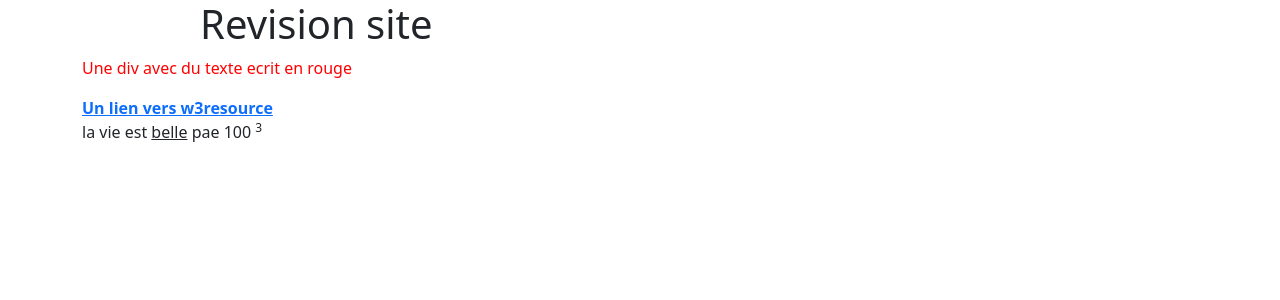
Repository: Elie-Dey/boot-start
Page: index.html
An editor plug-in stored every save of this project. The page is shown before and after the next save, followed by the edit.
The browser window is 1280 px wide. The pictures show the whole page.

Above is the page before, as saved 2021-08-18 23:24:01.

### index.html
<!DOCTYPE html>
<html lang="en">
  <head>
    <meta charset="UTF-8" />
    <meta http-equiv="X-UA-Compatible" content="IE=edge" />
    <meta name="viewport" content="width=device-width, initial-scale=1.0" />
    <link rel="stylesheet" href="style.css" />
    <link
      href="https://cdn.jsdelivr.net/npm/bootstrap@5.1.0/dist/css/bootstrap.min.css"
      rel="stylesheet"
      integrity="sha384-KyZXEAg3QhqLMpG8r+8fhAXLRk2vvoC2f3B09zVXn8CA5QIVfZOJ3BCsw2P0p/We"
      crossorigin="anonymous"
    />
    <title>Revision html</title>
  </head>
  <body>
    <header><h1>Revision site</h1></header>
    <div class="container">
      <div><p style="color: red">Une div avec du texte ecrit en rouge</p></div>

      <a href="https://www.w3resource.com/html5/article-tutorial.php">
        Un lien vers w3resource</a
      >

      <p>la vie est <ins>belle</ins> pae 100 <sup>3</sup></p>
    </div>

    <script
      src="https://cdn.jsdelivr.net/npm/bootstrap@5.1.0/dist/js/bootstrap.bundle.min.js"
      integrity="sha384-U1DAWAznBHeqEIlVSCgzq+c9gqGAJn5c/t99JyeKa9xxaYpSvHU5awsuZVVFIhvj"
      crossorigin="anonymous"
    ></script>
  </body>
</html>

### style.css
body{
    background-color:  coral;
}
a{
    font-weight: bold;
}
h1{
    padding: auto;
  margin-left: 200px;
}

After the next save:
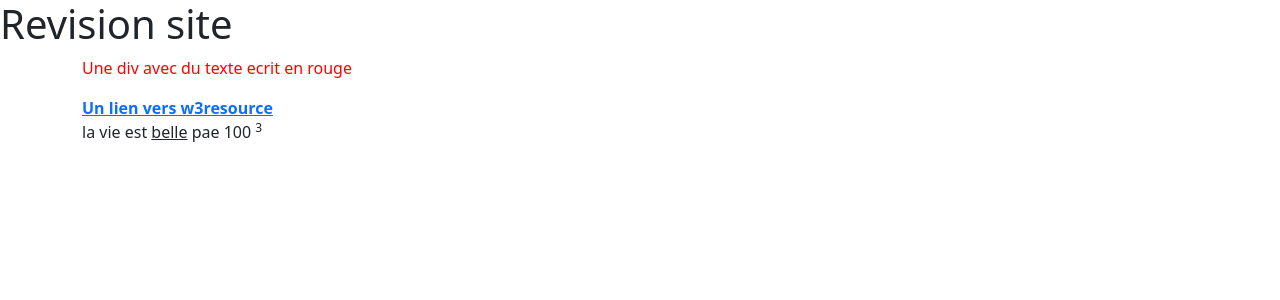
Saved 42 s later.
--- a/style.css
+++ b/style.css
@@ -1,10 +1,6 @@
-body{
-    background-color:  coral;
+body {
+  background-color: coral;
 }
-a{
-    font-weight: bold;
+a {
+  font-weight: bold;
 }
-h1{
-    padding: auto;
-  margin-left: 200px;
-}
